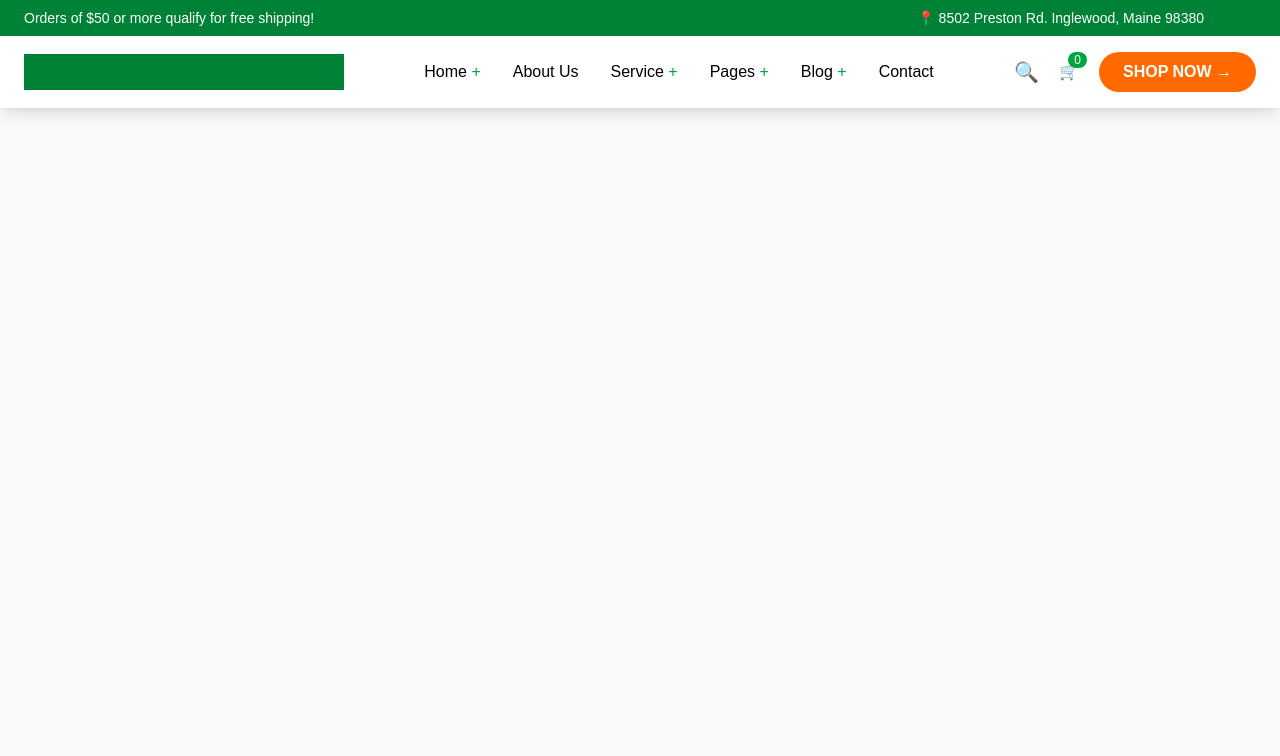
Repository: sawon687/Ass-scic-9-Ecomerce-Project
Page: /
The author's editor kept a copy of each file at every save. The page is drawn from the files as they stood at one save, then again after the next save.
The browser window is 1280 px wide. The pictures show the whole page.
The project was rebuilt for these pictures with package versions that can differ from the ones it lists, and the page was loaded fresh each time. The framework's server and built-in components were replaced by stand-ins that run in the browser. Also part of the build but not shown: next.config.mjs.

Above is the page before, as saved 2026-01-13 22:51:51.

### src/app/layout.js
import { Geist, Geist_Mono } from "next/font/google";
import "./globals.css";
import Navbar from "./Components/Navbar/Navbar";

const geistSans = Geist({
  variable: "--font-geist-sans",
  subsets: ["latin"],
});

const geistMono = Geist_Mono({
  variable: "--font-geist-mono",
  subsets: ["latin"],
});

export const metadata = {
  title: "Create Next App",
  description: "Generated by create next app",
};

export default function RootLayout({ children }) {
  return (
    <html lang="en">
      <body
        className={`${geistSans.variable} ${geistMono.variable} antialiased`}
      >
        <Navbar></Navbar>
        {children}
      </body>
    </html>
  );
}

### src/app/page.jsx
import Image from "next/image";

export default function Home() {
  return (
    <div className="flex min-h-screen items-center justify-center bg-zinc-50 f">

    </div>
  );
}

### src/app/globals.css
@import "tailwindcss";

:root {
  --background: #ffffff;

}



body {
  background: var(--background);
  color: var(--foreground);
  font-family: Arial, Helvetica, sans-serif;
}

### src/app/Components/Navbar/Navbar.jsx
import React from 'react';

const Navbar = () => {
    return (
        <div className=''>
           {/* <!-- TOP INFO BAR --> */}
<div class="bg-green-700 text-white text-sm">
  <div class="max-w-7xl mx-auto flex justify-between items-center px-6 py-2">
    <p>Orders of $50 or more qualify for free shipping!</p>
    <div class="flex items-center gap-4">
      <span>📍 8502 Preston Rd. Inglewood, Maine 98380</span>
      <span class="flex gap-3">
        <i class="fab fa-facebook-f"></i>
        <i class="fab fa-twitter"></i>
        <i class="fab fa-instagram"></i>
        <i class="fab fa-linkedin-in"></i>
      </span>
    </div>
  </div>
</div>

{/* <!-- MAIN NAVBAR --> */}
<nav class="bg-white w-full fixed shadow-lg">
  <div class="max-w-7xl mx-auto px-6 py-4 flex items-center justify-between">

    {/* <!-- LOGO --> */}
    <div class="flex items-center gap-2 h-full bg-green-700  w-xs">
      <span class="text-3xl font-bold text-green-700">Frutin</span>
    </div>

    {/* <!-- MENU --> */}
    <ul class="hidden md:flex items-center gap-8 font-medium">
      <li class="hover:text-green-600 cursor-pointer">Home <span class="text-green-600">+</span></li>
      <li class="hover:text-green-600 cursor-pointer">About Us</li>
      <li class="hover:text-green-600 cursor-pointer">Service <span class="text-green-600">+</span></li>
      <li class="hover:text-green-600 cursor-pointer">Pages <span class="text-green-600">+</span></li>
      <li class="hover:text-green-600 cursor-pointer">Blog <span class="text-green-600">+</span></li>
      <li class="hover:text-green-600 cursor-pointer">Contact</li>
    </ul>

    {/* <!-- RIGHT ACTIONS --> */}
    <div class="flex items-center gap-5">
      {/* <!-- Search --> */}
      <button class="text-xl">🔍</button>

      {/* <!-- Cart --> */}
      <div class="relative">
        🛒
        <span class="absolute -top-2 -right-2 bg-green-600 text-white text-xs px-1.5 rounded-full">
          0
        </span>
      </div>

      {/* <!-- Button --> */}
      <button class="bg-orange-500 hover:bg-orange-600 text-white px-6 py-2 rounded-full font-semibold">
        SHOP NOW →
      </button>
    </div>

  </div>
</nav>

        </div>
    );
};

export default Navbar;

After the next save:
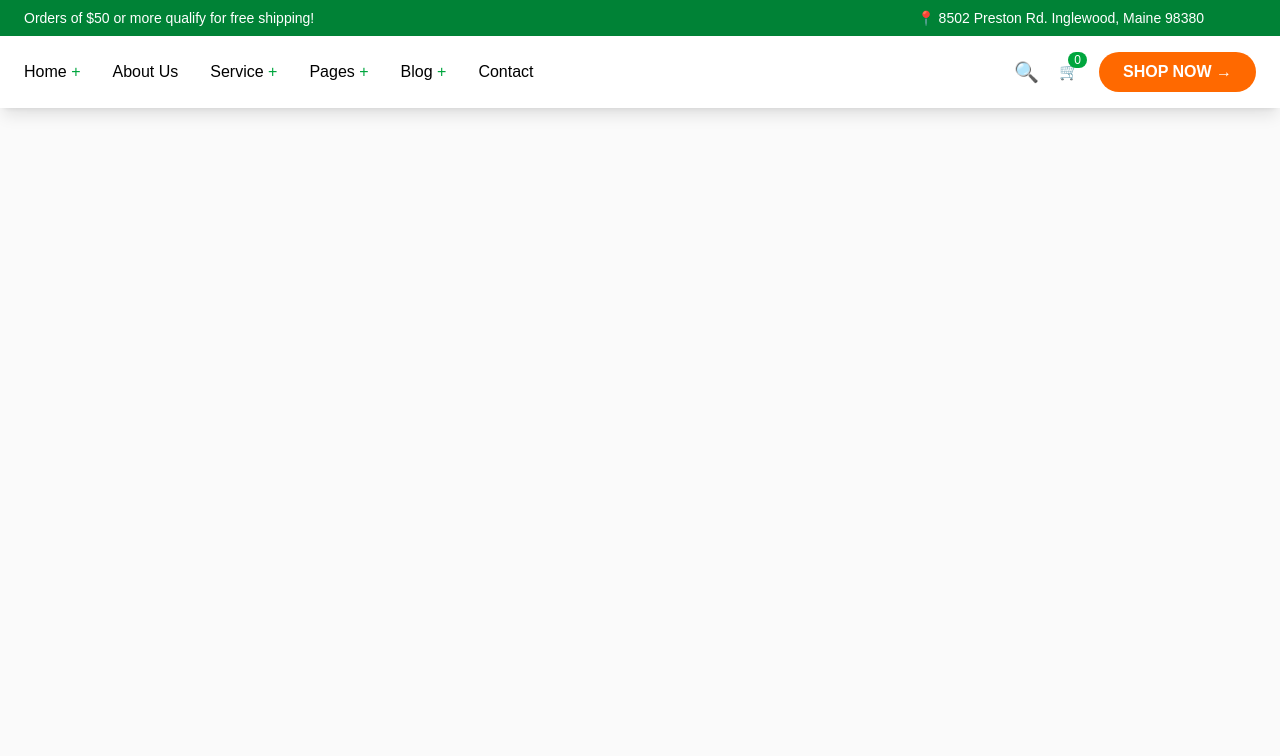
Saved 18 s later.
--- a/src/app/Components/Navbar/Navbar.jsx
+++ b/src/app/Components/Navbar/Navbar.jsx
@@ -23,10 +23,7 @@
 <nav class="bg-white w-full fixed shadow-lg">
   <div class="max-w-7xl mx-auto px-6 py-4 flex items-center justify-between">
 
-    {/* <!-- LOGO --> */}
-    <div class="flex items-center gap-2 h-full bg-green-700  w-xs">
-      <span class="text-3xl font-bold text-green-700">Frutin</span>
-    </div>
+
 
     {/* <!-- MENU --> */}
     <ul class="hidden md:flex items-center gap-8 font-medium">
